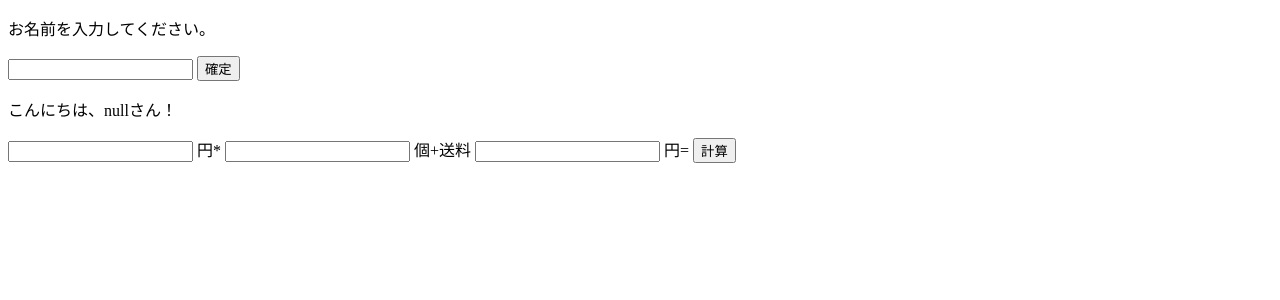
Repository: shimizuyusuke/backup
Page: http://localhost/HelloJSP/
The author's editor kept a copy of each file at every save. The page is drawn from the files as they stood at one save, then again after the next save.
The browser window is 1280 px wide. The pictures show the whole page.
The page is served by Tomcat 9.

Above is the page before, as saved 2018-01-15 07:59:31.

After the next save:
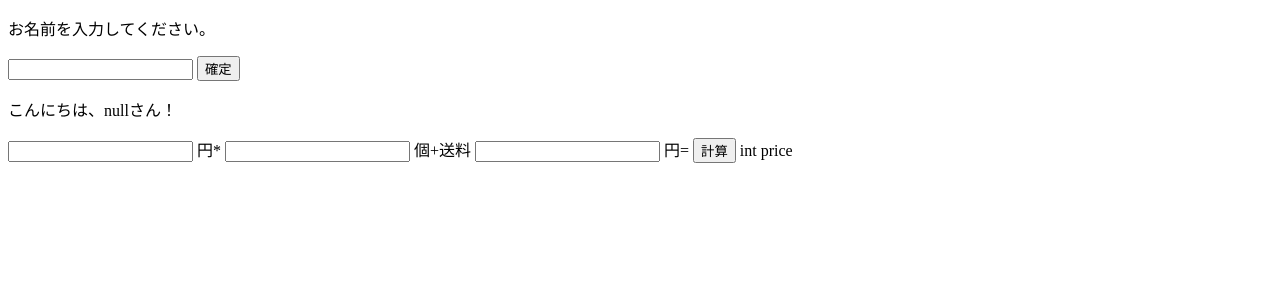
Saved 6 min 12 s later.
--- a/HelloJSP/WebContent/index.jsp
+++ b/HelloJSP/WebContent/index.jsp
@@ -27,6 +27,11 @@
 円=
 <input type="submit" value="計算">
 
+<%@page errorPage="total-error.jps" %>
+<%
+request.setCharacterEncoding("UTF-8");%>
+int price
+
 </form>
 
 
